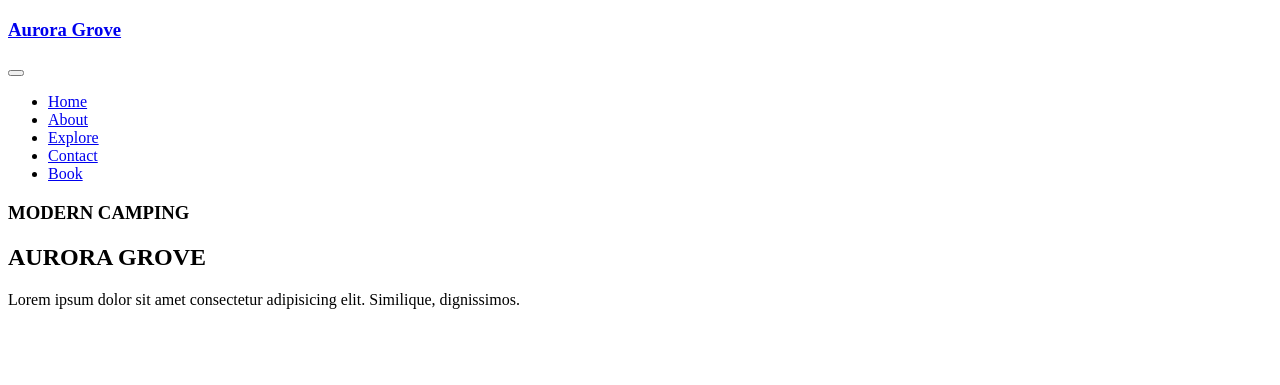
Repository: minhtien9/AuroraGrove
Page: index.html
These files come from the project's save history. The page is drawn as it stood at one moment and after the next save; the edit follows.
The browser window is 1280 px wide. The pictures show the whole page.
The style sheet was rebuilt from its Sass, Less or Tailwind sources for each picture, by a compiler version that may differ from the author's.

Above is the page before, as saved 2021-12-03 16:30:30.

### index.html
<!DOCTYPE html>
<html lang="en">
    <head>
        <meta charset="UTF-8" />
        <meta http-equiv="X-UA-Compatible" content="IE=edge" />
        <meta name="viewport" content="width=device-width, initial-scale=1.0" />
        <link
            rel="stylesheet"
            href="https://cdnjs.cloudflare.com/ajax/libs/font-awesome/6.0.0-beta3/css/all.min.css"
            integrity="sha512-Fo3rlrZj/k7ujTnHg4CGR2D7kSs0v4LLanw2qksYuRlEzO+tcaEPQogQ0KaoGN26/zrn20ImR1DfuLWnOo7aBA=="
            crossorigin="anonymous"
            referrerpolicy="no-referrer"
        />
        <!-- GOOGLE FONT -->
        <link rel="preconnect" href="https://fonts.googleapis.com" />
        <link rel="preconnect" href="https://fonts.gstatic.com" crossorigin />
        <link
            href="https://fonts.googleapis.com/css2?family=Open+Sans:wght@300&family=Raleway:wght@100;300;500;700&display=swap"
            rel="stylesheet"
        />
        <link
            href="https://fonts.googleapis.com/css2?family=Questrial&display=swap"
            rel="stylesheet"
        />
        <link rel="stylesheet" href="css/main.css" />
        <title>Aurora Grove</title>
    </head>
    <body>
        <!-- Navbar -->
        <nav class="navbar navbar-expand-md navbar-dark">
            <a href="#" class="navbar-brand">
                <h3 class="mb-0">Aurora Grove</h3>
            </a>
            <button
                class="navbar-toggler"
                data-toggle="collapse"
                data-target="#mainNavbar"
            >
                <span class="navbar-toggler-icon"></span>
            </button>
            <div class="collapse navbar-collapse" id="mainNavbar">
                <ul class="navbar-nav ml-auto">
                    <li class="nav-item">
                        <a href="#" class="nav-link">Home</a>
                    </li>
                    <li class="nav-item">
                        <a href="#" class="nav-link">About</a>
                    </li>
                    <li class="nav-item">
                        <a href="#" class="nav-link">Explore</a>
                    </li>
                    <li class="nav-item">
                        <a href="#" class="nav-link">Contact</a>
                    </li>
                    <li class="nav-item">
                        <a href="#" class="nav-link">Book</a>
                    </li>
                </ul>
            </div>
        </nav>

        <!-- Section Showcase -->
        <section
            id="showcase"
            class="d-flex justify-content-center align-items-center"
        >
            <div id="overlay"></div>
            <div id="header" class="container text-white text-center">
                <h3 class="display-5 mb-0">MODERN CAMPING</h3>
                <h1 class="display-1">AURORA GROVE</h1>
                <p class="lead d-none d-md-block">
                    Lorem ipsum dolor sit amet consectetur adipisicing elit.
                    Similique, dignissimos.
                </p>
            </div>
        </section>
        <!-- Bootstrap JS -->
        <script
            src="https://cdn.jsdelivr.net/npm/jquery@3.5.1/dist/jquery.slim.min.js"
            integrity="sha384-DfXdz2htPH0lsSSs5nCTpuj/zy4C+OGpamoFVy38MVBnE+IbbVYUew+OrCXaRkfj"
            crossorigin="anonymous"
        ></script>
        <script
            src="https://cdn.jsdelivr.net/npm/bootstrap@4.6.1/dist/js/bootstrap.bundle.min.js"
            integrity="sha384-fQybjgWLrvvRgtW6bFlB7jaZrFsaBXjsOMm/tB9LTS58ONXgqbR9W8oWht/amnpF"
            crossorigin="anonymous"
        ></script>
    </body>
</html>

### scss/main.scss
// combines 2 files

After the next save:
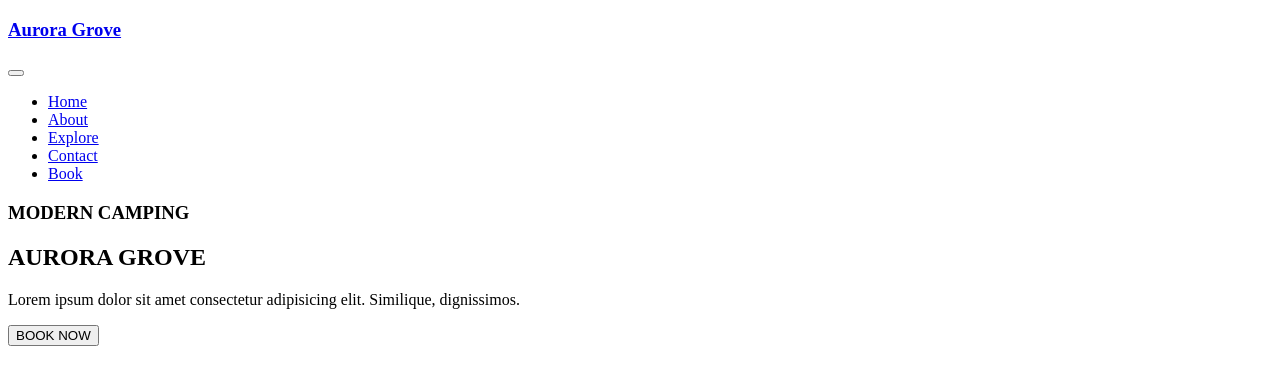
Saved 50 s later.
--- a/index.html
+++ b/index.html
@@ -72,6 +72,14 @@
                     Lorem ipsum dolor sit amet consectetur adipisicing elit.
                     Similique, dignissimos.
                 </p>
+                <button
+                    id="book"
+                    class="btn btn-lg btn-primary px-5"
+                    data-toggle="modal"
+                    data-target="#"
+                >
+                    BOOK NOW
+                </button>
             </div>
         </section>
         <!-- Bootstrap JS -->
